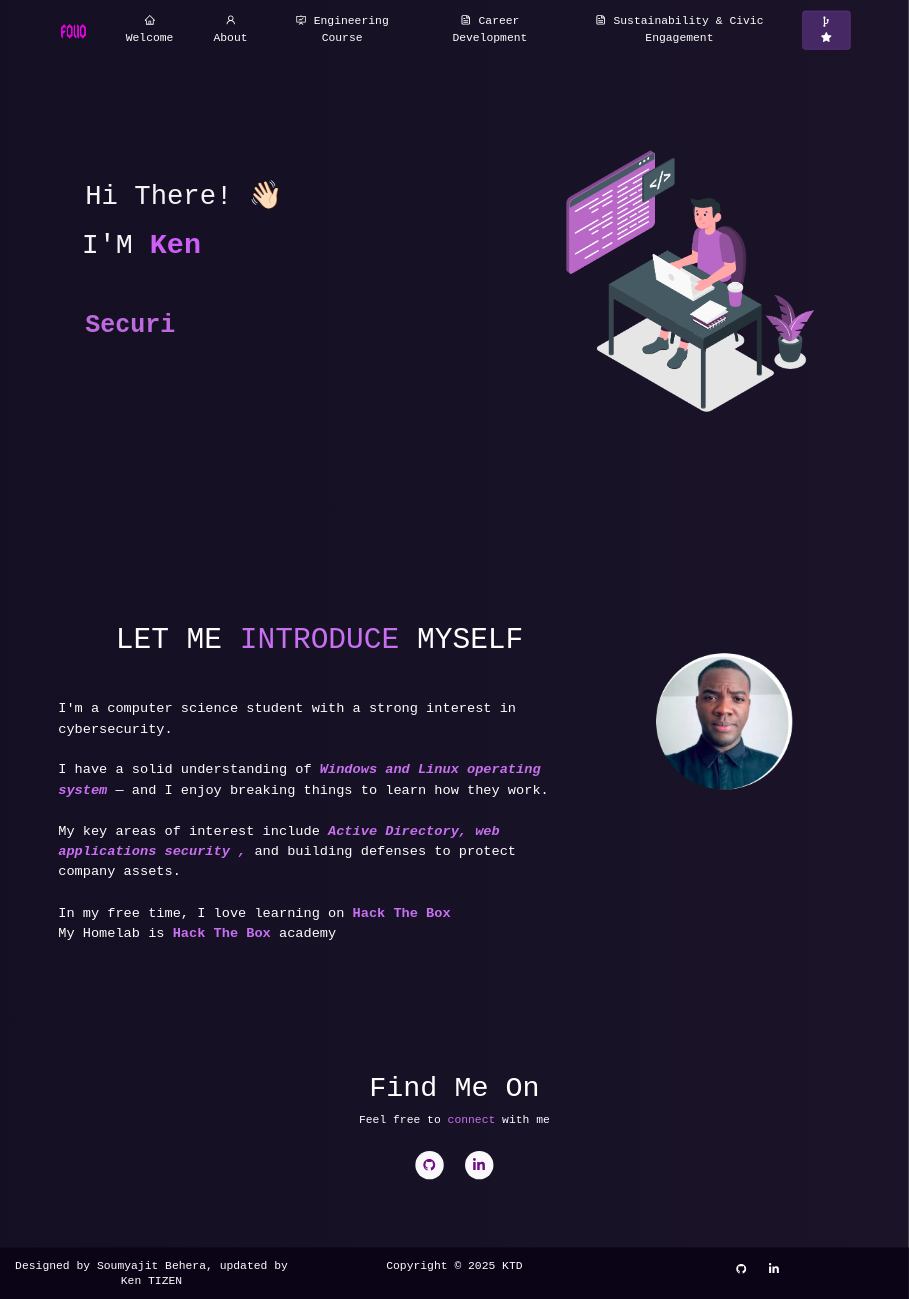
Repository: KenTizen17/ktdportfolio
Page: /
These files come from the project's save history. The page is drawn as it stood at one moment and after the next save; the edit follows.
The browser window is 1280 px wide. The pictures show the whole page, at 71% of full size.
Some web fonts or font styles are not loaded; a fallback is used. The project was rebuilt for these pictures with package versions that can differ from the ones it lists, and the page was loaded fresh each time. Also part of the build but not shown: src/components/About/Github.js, src/components/About/Techstack.js, src/components/About/AboutCard.js, src/components/About/Toolstack.js, src/components/About/About.js, src/components/Projects/ProjectCards.js, src/components/Projects/Projects.js, src/components/Resume/ResumeNew.js and 3 more. Imported but missing from the stored project, and not drawn on this page: src/Assets/CVKEN.pdf, src/Assets/CVKENFrench1.pdf, src/Assets/Ken_TIZEN-CEP.pdf.

Above is the page before, as saved 2025-11-30 18:06:29.

### public/index.html
<!DOCTYPE html>
<html lang="en">
  <head>
    <meta charset="utf-8" />
    <link rel="icon" href="%PUBLIC_URL%/favicon.png" />
    <meta name="viewport" content="width=device-width, initial-scale=1" />
    <meta name="theme-color" content="#000000" />
    <meta
      name="description"
      content="Web site created using create-react-app"
    />
    <link rel="manifest" href="%PUBLIC_URL%/manifest.json" />
    <title>Ken | Portfolio</title>
    <meta name="description" content="Forked website build with React.js" />

    <!-- Google / Search Engine Tags -->
    <meta itemprop="name" content="Ken | Portfolio" />
    <meta itemprop="description" content="Forked website build with React.js" />
    <meta
      itemprop="image"
      content="https://raw.githubusercontent.com/soumyajit4419/Portfolio/master/Images/readme-img.png?token=AK7VCIF5RYEUZZAURELPTAC76U6AK"
    />
  </head>

  <body>
    <noscript>You need to enable JavaScript to run this app.</noscript>
    <div id="root"></div>
  </body>
</html>

### src/App.js
import React, { useState, useEffect } from "react";
import Preloader from "../src/components/Pre";
import Navbar from "./components/Navbar";
import Home from "./components/Home/Home";
import About from "./components/About/About";
import Projects from "./components/Projects/Projects";
import Footer from "./components/Footer";
import Resume from "./components/Resume/ResumeNew";
import Civic from "./components/Civic/Civic";
import {
  BrowserRouter as Router,
  Route,
  Routes,
  Navigate
} from "react-router-dom";
import ScrollToTop from "./components/ScrollToTop";
import "./style.css";
import "./App.css";
import "bootstrap/dist/css/bootstrap.min.css";

function App() {
  const [load, upadateLoad] = useState(true);

  useEffect(() => {
    const timer = setTimeout(() => {
      upadateLoad(false);
    }, 1200);

    return () => clearTimeout(timer);
  }, []);

  return (
    <Router>
      <Preloader load={load} />
      <div className="App" id={load ? "no-scroll" : "scroll"}>
        <Navbar />
        <ScrollToTop />
        <Routes>
          <Route path="/" element={<Home />} />
          <Route path="/project" element={<Projects />} />
          <Route path="/about" element={<About />} />
          <Route path="/resume" element={<Resume />} />
          <Route path="/civic" element={<Civic />} />
          <Route path="*" element={<Navigate to="/"/>} />
        </Routes>
        <Footer />
      </div>
    </Router>
  );
}

export default App;

### src/components/Footer.js
import React from "react";
import { Container, Row, Col } from "react-bootstrap";
import {
  AiFillGithub,
} from "react-icons/ai";
import { FaLinkedinIn } from "react-icons/fa";

function Footer() {
  let date = new Date();
  let year = date.getFullYear();
  return (
    <Container fluid className="footer">
      <Row>
        <Col md="4" className="footer-copywright">
          <h3>Designed by Soumyajit Behera, updated by Ken TIZEN</h3>
        </Col>
        <Col md="4" className="footer-copywright">
          <h3>Copyright © {year} KTD</h3>
        </Col>
        <Col md="4" className="footer-body">
          <ul className="footer-icons">
            <li className="social-icons">
              <a
                href="https://github.com/KenTizen17"
                style={{ color: "white" }}
                target="_blank"
                rel="noopener noreferrer"
              >
                <AiFillGithub />
              </a>
            </li>
            <li className="social-icons">
              <a
                href="www.linkedin.com/in/ken-tizen-djongue"
                style={{ color: "white" }}
                target="_blank"
                rel="noopener noreferrer"
              >
                <FaLinkedinIn />
              </a>
            </li>
          </ul>
        </Col>
      </Row>
    </Container>
  );
}

export default Footer;

### src/style.css
html {
  --section-background-color: linear-gradient(
    to bottom left,
    rgba(17, 16, 16, 0.582),
    rgba(12, 8, 24, 0.904)
  );

  --image-gradient: linear-gradient(
    to bottom left,
    rgba(17, 16, 16, 0.678),
    rgba(12, 10, 22, 0.863)
  );

  --imp-text-color: #c770f0;
}

.purple {
  color: var(--imp-text-color) !important;
}

button:focus {
  box-shadow: none !important;
}

/* --------- */
/*  Preloader */
/* --------- */
#preloader {
  position: fixed;
  top: 0;
  left: 0;
  width: 100%;
  height: 100%;
  z-index: 999999;
  background-color: #0c0513;
  background-image: url(./Assets/pre.svg);
  background-repeat: no-repeat;
  background-position: center;
}

#preloader-none {
  opacity: 0;
}

/* #preloader-none {
  opacity: 0;
  display: none;
} */

#no-scroll {
  overflow: hidden;
  height: 100vh;
}

/* --------- */
/*Scrollbar   */
/* --------- */

::-webkit-scrollbar {
  width: 7px;
}

/* Track */
::-webkit-scrollbar-track {
  background: #2d1950;
}

/* Handle */
::-webkit-scrollbar-thumb {
  background: rgba(178, 121, 216, 0.959);
  border-radius: 12px;
}

/* Handle on hover */
::-webkit-scrollbar-thumb:hover {
  background: rgba(222, 130, 235, 0.911);
  border-radius: 12px;
}

/* --------- */
/* Navbar Section  */
/* --------- */
.sticky {
  background-color: #1b1a2ea9 !important;
  transition: all 0.3s ease-out 0s !important;
  box-shadow: 0px 10px 10px 0px rgba(9, 5, 29, 0.171) !important;
  backdrop-filter: blur(15px) !important;
}

.navbar {
  position: fixed !important;
  transition: all 0.3s ease-out 0s !important;
  padding: 0.3rem 2rem !important;
  font-size: 1rem !important;
}

.navbar-toggler {
  position: relative !important;
  background-color: transparent !important;
  border-color: transparent !important;
}

.navbar-toggler span {
  display: block !important;
  background-color: #be50f4 !important;
  height: 4px !important;
  width: 27px !important;
  margin-top: 5px !important;
  margin-bottom: 5px !important;
  transform: rotate(0deg) !important;
  left: 0 !important;
  opacity: 1 !important;
}

.navbar-toggler:focus,
.navbar-toggler:active {
  outline: 0 !important;
}

.navbar-toggler span:nth-child(1),
.navbar-toggler span:nth-child(3) {
  transition: transform 0.35s ease-in-out !important;
  transition: transform 0.35s ease-in-out !important;
}

.navbar-toggler:not(.collapsed) span:nth-child(1) {
  position: absolute !important;
  left: 12px !important;
  top: 10px !important;
  transform: rotate(135deg) !important;
  opacity: 0.9 !important;
}

.navbar-toggler:not(.collapsed) span:nth-child(2) {
  height: 12px !important;
  visibility: hidden !important;
  background-color: transparent !important;
}

.navbar-toggler:not(.collapsed) span:nth-child(3) {
  position: absolute !important;
  left: 12px !important;
  top: 10px !important;
  transform: rotate(-135deg) !important;
  opacity: 0.9 !important;
}

@media (max-width: 767px) {
  .navbar {
    padding: 1rem 2rem !important;
    font-size: 1.4rem !important;
    background-color: #181a27 !important;
  }
  .navbar-nav .nav-item a::after {
    display: none !important;
  }
}
.navbar-brand {
  color: rgb(250, 250, 250) !important;
}

.logo {
  height: 1.4em !important;
  width: 2.5em !important;
}

.navbar-nav .nav-link {
  color: white !important;
  padding-right: 1rem !important;
  padding-left: 1rem !important;
}

.nav-link {
  padding: 0.8rem 1rem !important;
}

@media (max-width: 767px) {
  .nav-link {
    padding: 0.7rem 1rem !important;
  }
}

.navbar-nav .nav-item {
  position: relative;
  margin-left: 20px;
}

.navbar-nav .nav-item a {
  font-weight: 400;
  transition: all 0.3s ease-out 0s;
  position: relative;
  z-index: 1;
}

.navbar-nav .nav-item a::after {
  content: "";
  position: relative;
  display: block;
  height: 5px;
  width: 0;
  border-radius: 16px;
  background: #c95bf5;
  bottom: 1px;
  left: 0;
  z-index: -1;
  transition: all 0.3s ease-out 0s;
}

.navbar-nav .nav-item a:hover::after {
  width: 100%;
}

/* --------- */
/* Home section */
/* --------- */
.wave {
  animation-name: wave-animation; /* Refers to the name of your @keyframes element below */
  animation-duration: 2.1s; /* Change to speed up or slow down */
  animation-iteration-count: infinite; /* Never stop waving :) */
  transform-origin: 70% 70%; /* Pivot around the bottom-left palm */
  display: inline-block;
}

@keyframes wave-animation {
  0% {
    transform: rotate(0deg);
  }
  10% {
    transform: rotate(14deg);
  } /* The following five values can be played with to make the waving more or less extreme */
  20% {
    transform: rotate(-8deg);
  }
  30% {
    transform: rotate(14deg);
  }
  40% {
    transform: rotate(-4deg);
  }
  50% {
    transform: rotate(10deg);
  }
  60% {
    transform: rotate(0deg);
  } /* Reset for the last half to pause */
  100% {
    transform: rotate(0deg);
  }
}
#tsparticles {
  position: fixed !important;
  background-repeat: no-repeat !important;
  background-size: cover !important;
  width: 100%;
  height: 100%;
}

.home-header {
  padding-top: 80px !important;
}

.home-section {
  position: relative;
  z-index: -1;
  /* background-image: var(--image-gradient), url(./Assets/home-bg.jpg); */
  background-position: top center;
  background-repeat: no-repeat;
  padding-bottom: 30px !important;
  padding-top: 30px !important;
}

.home-content {
  padding: 9rem 0 2rem !important;
  color: whitesmoke;
  text-align: left;
}

.heading {
  font-size: 2.4em !important;
  padding-left: 50px !important;
}

.heading-name {
  font-size: 2.5em !important;
  padding-left: 45px !important;
}

.main-name {
  color: #cd5ff8;
}

.Typewriter__wrapper {
  font-size: 2.2em !important;
  color: #be6adf !important;
  font-weight: 600 !important;
}
.Typewriter__cursor {
  font-size: 2.4em !important;
  color: #b562d6 !important;
}

@media (max-width: 767px) {
  .Typewriter__wrapper {
    font-size: 1.4em !important;
    font-weight: 500 !important;
    position: absolute !important;
  }
  .Typewriter__cursor {
    display: none !important;
  }
}

.myAvtar {
  justify-content: center !important;
  padding-top: 9em !important;
}

@media (max-width: 767px) {
  .myAvtar {
    padding-top: 2em !important;
    padding-bottom: 2em !important;
  }
}

.home-about-section {
  position: relative;
  padding-bottom: 70px !important;
  padding-top: 70px !important;
}

.home-about-description {
  color: white !important;
  padding-top: 100px !important;
  padding-bottom: 20px !important;
  text-align: center;
}

.home-about-body {
  padding-top: 50px;
  font-size: 1.2em !important;
  text-align: left;
}

.home-about-social {
  text-align: center !important;
  padding-top: 25px;
  color: white !important;
}

.home-about-social-links {
  justify-content: center !important;
  padding-top: 15px !important;
  display: inline-block !important;
  position: relative !important;
  padding-inline-start: 0 !important;
}

.home-social-icons {
  position: relative !important;
  display: inline-block !important;
  width: 40px !important;
  height: 40px !important;
  text-align: center !important;
  font-size: 1.2em !important;
  line-height: 2em !important;
  background: rgba(255, 255, 255, 0.972) !important;
  border-radius: 50% !important;
  transition: 0.5s !important;
}

.home-social-icons::before {
  content: "";
  position: absolute;
  top: 0;
  left: 0;
  width: 100%;
  height: 100%;
  border-radius: 50%;
  background: #68187a;
  transition: 0.5s;
  transform: scale(0.9);
  z-index: -1;
}

.home-social-icons:hover::before {
  transform: scale(1.1);
  box-shadow: 0 0 15px #801f95;
}

.home-social-icons:hover {
  color: #87209e;
  box-shadow: 0 0 5px #87209e;
  text-shadow: 0 0 2px #87209e;
}

.social-icons {
  display: inline-block !important;
  padding-right: 15px;
  padding-left: 15px;
}

.icon-colour {
  color: #700c86 !important;
}

/* --------- */
/* Footer */
/* --------- */
.footer {
  background-color: rgb(10, 4, 22);
  bottom: 0 !important;
  padding-top: 10px !important;
  padding-bottom: 8px !important ;
}
.footer-copywright {
  text-align: center !important;
}

.footer-body {
  z-index: 1;
  text-align: center !important;
}

@media (max-width: 767px) {
  .footer-copywright {
    text-align: center !important;
  }

  .footer-body {
    text-align: center !important;
  }
}

.footer h3 {
  font-size: 1em;
  color: white !important;
  margin-top: 0.5em !important;
  margin-bottom: 0.5em !important;
}
.footer-icons {
  margin-top: 0.5em !important;
  margin-bottom: 0.5em !important;
  padding: 0 !important;
}

.blockquote-footer {
  color: #a588c0 !important;
}
/* --------- */
/* Projects */
/* --------- */
.project-section {
  position: relative !important;
  padding-top: 150px !important;
  padding-bottom: 30px !important;
  background-image: var(--section-background-color) !important;
}

.project-card {
  padding-top: 50px !important;
  padding-bottom: 50px !important;
  padding-left: 25px !important;
  padding-right: 25px !important;
  height: auto !important;
}

.project-card-view {
  box-shadow: 0 4px 5px 3px rgba(119, 53, 136, 0.459) !important;
  color: white !important;
  background-color: transparent !important;
  opacity: 0.9 !important;
  transition: all 0.5s ease 0s !important;
  height: 100% !important;
}
.project-card-view:hover {
  transform: scale(1.02) !important;
  overflow: hidden !important;
  box-shadow: 0 4px 4px 5px rgba(129, 72, 144, 0.561) !important;
}

.blog-card {
  padding-top: 50px !important;
  padding-bottom: 50px !important;
  padding-left: 25px !important;
  padding-right: 25px !important;
  height: auto !important;
}

.blog-card-view {
  background-color: transparent !important;
  box-shadow: 0 3px 3px 2px rgba(145, 77, 161, 0.459) !important;
  color: white !important;
  transition: all 0.5s ease 0s !important;
  height: 100% !important;
}

.blog-link {
  color: white !important;
  text-decoration: none !important;
}

.blog-link:hover {
  cursor: pointer !important;
}

.blog-card-view:hover {
  transform: scale(1.02) !important;
  overflow: hidden !important;
  box-shadow: 0 3px 3px 5px rgba(155, 88, 173, 0.65) !important;
}

.card-img-top {
  padding: 20px !important;
  opacity: 0.8 !important;
  border-radius: 10px !important;
}

.blog-img {
  padding: 0px !important;
  opacity: 0.8 !important;
  border-radius: 0px !important;
}

.btn-primary {
  color: #fff !important;
  background-color: #623686 !important;
  border-color: #623686 !important;
}

.btn-primary:hover {
  color: #fff !important;
  background-color: #6d20c5d7 !important;
  border-color: #6d20c5d7 !important;
}
.btn:focus {
  outline: none !important;
  box-shadow: none !important;
}
.project-heading {
  color: white !important;
  font-size: 2.3em !important;
  font-weight: 500 !important;
  padding-top: 10px !important;
}

/* --------- */
/* About */
/* --------- */

.about-section {
  position: relative !important;
  padding-top: 150px !important;
  padding-bottom: 30px !important;
  /* background-image: var(--section-background-color) !important; */
  color: white !important;
}

.tech-icons {
  display: flex !important;
  align-self: center !important;
  justify-content: center !important;
  font-size: 1rem !important;
  margin: 15px !important;
  padding: 10px 20px !important;
  opacity: 0.93 !important;
  outline: 1.7px solid rgba(200, 137, 230, 0.637) !important;
  vertical-align: middle !important;
  text-align: center !important;
  border-radius: 24px !important;
  box-shadow: 4px 5px 4px 3px rgba(89, 4, 168, 0.137) !important;
  overflow: hidden !important;
  transition: all 0.4s ease 0s !important;
  width: fit-content !important;
  cursor: pointer !important;
  transition: outline-color 0.3s, outline-width 0.3s, transform 0.3s;
  color: white;
}

.tech-icons-text {
  display: flex;
  align-items: center;
  margin-left: 10px;
  color: white;
}

@media (max-width: 767px) {
  .tech-icons {
    margin: 10px !important;
  }
}

.tech-icons:hover {
  transform: scale(1.05) !important;
  overflow: hidden !important;
  outline: 2.2px solid rgba(197, 115, 230, 0.883) !important;
}
.tech-icon-images {
  height: 1.6rem;
  line-height: 1.6 !important;
}

.quote-card-view {
  border: none !important;
  color: white !important;
  background-color: transparent !important;
}

.about-activity {
  list-style: none !important;
  text-align: left !important;
  padding-left: 1px !important;
}

@media (max-width: 767px) {
  .about-img {
    padding-top: 0 !important;
  }
}
/* --------- */
/* Resume */
/* --------- */

.resume-section {
  position: relative !important;
  padding-top: 110px !important;
  padding-bottom: 30px !important;
  background-image: var(--section-background-color) !important;
  color: white !important;
}

.resume {
  padding-top: 50px;
  padding-bottom: 50px;
  justify-content: center;
}

.resume-left {
  padding-right: 80px !important;
}

.resume-right {
  padding-left: 80px !important;
}

@media (max-width: 767px) {
  .resume-left {
    padding-right: 15px !important;
    padding-left: 15px !important;
  }

  .resume-right {
    padding-right: 15px !important;
    padding-left: 15px !important;
  }
}
.resume .resume-title {
  font-size: 2em;
  font-weight: 700;
  padding-top: 30px;
  padding-bottom: 30px;
}

.resume .resume-item {
  padding: 0 0 10px 25px;
  margin-top: -2px;
  border-left: 2px solid #8a49a8;
  position: relative;
}

.resume .resume-item .resume-title {
  line-height: 18px;
  font-size: 0.9em;
  background: #5234795d;
  padding: 8px 15px;
  display: inline-block;
  font-weight: 600;
  margin-bottom: 10px;
}

.resume .resume-item ul {
  padding-left: 20px;
  text-align: justify;
}

.resume .resume-item ul li {
  padding-bottom: 10px;
  list-style: none;
}

.resume .resume-item:last-child {
  padding-bottom: 0;
}

.resume .resume-item::before {
  content: "";
  position: absolute;
  width: 16px;
  height: 16px;
  border-radius: 50px;
  left: -9px;
  top: 0;
  background: #fff;
  border: 2px solid #8a49a8;
}

.like-item {
  padding-top: 10px !important;
  font-size: 1.1em !important;
  font-family: sans-serif !important;
}

.like-btn {
  background-color: #934cce5e !important;
  border-color: #934cce5e !important;
  padding: 0.25rem 0.98rem !important;
  border-radius: 5px !important;
  line-height: 1.4 !important;
  transition: 0.3s ease !important;
}

.like-btn:hover {
  transform: translateY(-2px) !important;
  background-color: #a24dd386 !important;
  border-color: #a24dd386 !important;
}

.animate-like {
  animation-name: likeAnimation;
  animation-fill-mode: forwards;
  animation-duration: 0.85s;
}
@keyframes likeAnimation {
  0% {
    transform: scale(1.5);
  }
  100% {
    transform: scale(1);
  }
}

.fork-btn {
  font-size: 1.1em !important;
  padding-top: 10px !important;
}

.fork-btn-inner {
  line-height: 1.4em !important;
  background-color: #934cce5e !important;
  padding: 0.25rem 1.1rem !important;
  vertical-align: middle !important;
  text-align: center !important;
}

.fork-btn-inner:hover {
  transform: translateY(-2px) !important;
  background-color: #a24dd386 !important;
  border-color: #a24dd386 !important;
}
.fork-btn-inner::after {
  display: none !important;
}

### src/components/Particle.js
import React from "react";
import Particles from "react-tsparticles";

function Particle() {
  return (
    <Particles
      id="tsparticles"
      params={{
        particles: {
          number: {
            value: 160,
            density: {
              enable: true,
              value_area: 1500,
            },
          },
          line_linked: {
            enable: false,
            opacity: 0.03,
          },
          move: {
            direction: "right",
            speed: 0.05,
          },
          size: {
            value: 1,
          },
          opacity: {
            anim: {
              enable: true,
              speed: 1,
              opacity_min: 0.05,
            },
          },
        },
        interactivity: {
          events: {
            onclick: {
              enable: true,
              mode: "push",
            },
          },
          modes: {
            push: {
              particles_nb: 1,
            },
          },
        },
        retina_detect: true,
      }}
    />
  );
}

export default Particle;

### src/components/Home/Home2.js
import React from "react";
import { Container, Row, Col } from "react-bootstrap";
import myImg from "../../Assets/image.png";
import Tilt from "react-parallax-tilt";

function Home2() {
  return (
    <Container fluid className="home-about-section" id="about">
      <Container>
        <Row>
          <Col md={8} className="home-about-description">
            <h1 style={{ fontSize: "2.6em" }}>
              LET ME <span className="purple"> INTRODUCE </span> MYSELF
            </h1>
            <p className="home-about-body">
            I'm a computer science student with a strong interest in cybersecurity.
              <br />
              <br />
              I have a solid understanding of
              <i>
                <b className="purple">
                  {" "}
                  Windows and Linux operating system{" "}
                </b>
              </i>
              — and I enjoy breaking things to learn how they work.
              <br />
              <br />
              My key areas of interest include
              <i>
                <b className="purple">
                  {" "}
                  Active Directory, web applications security ,{" "}
                </b>
              </i>
              and building defenses to protect company assets.
              <br />
              <br />
              In my free time, I love learning on
              <b className="purple"> Hack The Box </b>{" "}
              <br />
              My Homelab is <b className="purple"> Hack The Box </b> academy{" "}

            </p>
          </Col>
          <Col md={4} className="myAvtar">
            <Tilt>
              <img src={myImg} className="img-fluid" alt="avatar" />
            </Tilt>
          </Col>
        </Row>
      </Container>
    </Container>
  );
}
export default Home2;

### src/components/Home/Type.js
import React from "react";
import Typewriter from "typewriter-effect";

function Type() {
  return (
    <Typewriter
      options={{
        strings: [
          "Purple Teamer",
          "Security Engineer",
          "Self Learner",

        ],
        autoStart: true,
        loop: true,
        deleteSpeed: 50,
      }}
    />
  );
}

export default Type;

Loaded but not shown: src/index.js (common file); src/index.css (common file); src/reportWebVitals.js (common file); src/components/Pre.js (common file); src/components/ScrollToTop.js (common file); src/App.css (common file); src/components/Navbar.js (122 lines, source omitted); src/components/Home/Home.js (87 lines, source omitted)

After the next save:
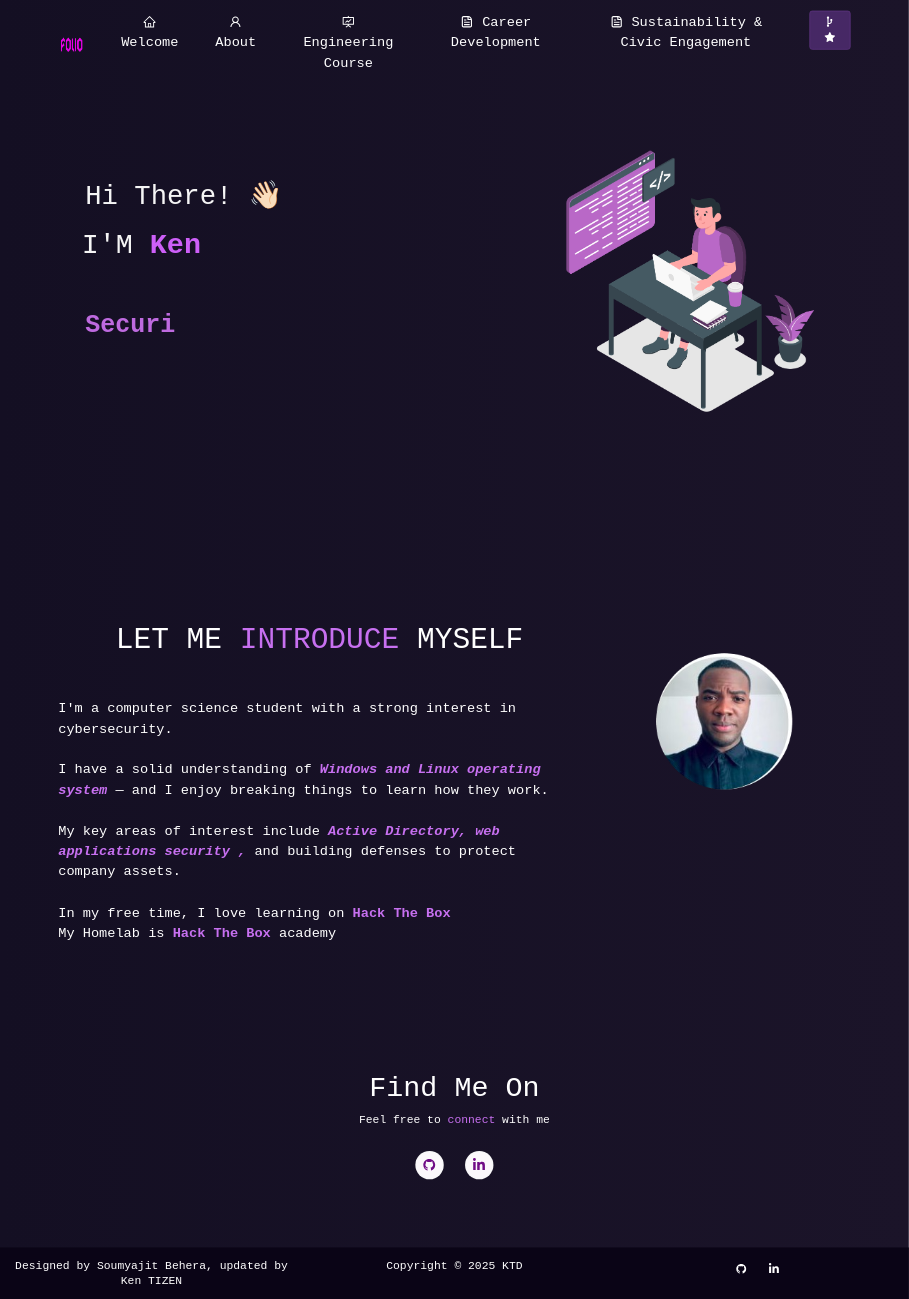
Saved 99 s later.
--- a/src/style.css
+++ b/src/style.css
@@ -91,7 +91,12 @@ button:focus {
   position: fixed !important;
   transition: all 0.3s ease-out 0s !important;
   padding: 0.3rem 2rem !important;
-  font-size: 1rem !important;
+  font-size: 1.2rem !important;
+
+  display: flex !important;        /* make navbar a flex container */
+  align-items: center !important;  /* vertically center items */
+  justify-content: space-between !important; /* space between brand and toggler */
+  flex-wrap: nowrap !important;    /* prevent wrapping */
 }
 
 .navbar-toggler {
